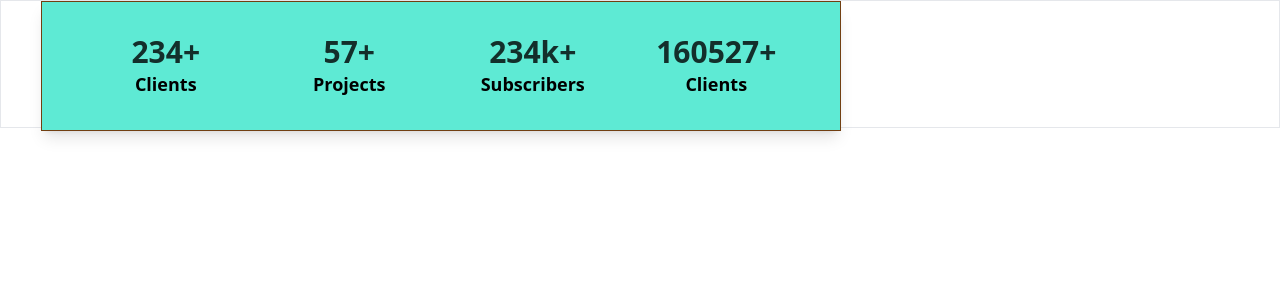
Repository: Kish202/Coz-Marketing-Site
Page: / (app in frontend/)
The author's editor kept a copy of each file at every save. The page is drawn from the files as they stood at one save, then again after the next save.
The browser window is 1280 px wide. The pictures show the whole page.
The project was rebuilt for these pictures with package versions that can differ from the ones it lists, and the page was loaded fresh each time. Also part of the build but not shown: frontend/vite.config.js.

Above is the page before, as saved 2025-03-09 12:22:45.

### frontend/src/App.jsx
import { useState } from 'react'
import reactLogo from './assets/react.svg'
import viteLogo from '/vite.svg'
import './App.css'
import Service from './components/Service/Service'

function App() {
  const [count, setCount] = useState(0)

  return (


   <Service/>
  )
}

export default App

### frontend/src/components/Service/Service.jsx
import React from 'react'
import CountUp from "react-countup"

const Service =() =>{
  return (
    <section className="container h-12 md:h-32 border border-lime">
     <div className="grid grid-cols-4 w-full place-items-center  border border-yellow-900 bg-teal-300 p-2 shadow-lg dark:bg-violet-800 dark:text-white/70 md:max-w-[800px]  md:p-8">
    <div className="flex flex-col items-center justify-center " >



<h1 className="text-sm font-bold text-black/80 dark:text-white sm:text-lg md:text-3xl">
      <CountUp end={234} suffix="+" duration={2.75}/>

</h1>

<h1 className="sm:text-md text-xs font-bold md:text-lg">
Clients
</h1>




        </div>

        <div className="flex flex-col items-center justify-center">
  <h1 className="text-sm text-black/80 sm:text-lg md:text-3xl dark:text-white font-bold">
  <CountUp end={57} suffix="+" duratiion={2.75}/>  </h1>

    <h1 className="sm:text-md font-bold text-xs md:text-lg">
        Projects

        </h1>
            </div>

    <div className="flex flex-col items-center justify-center" >



        <h1 className="text-sm text-black/80 dark:text-white  sm:text-lg md:text-3xl font-bold">
<CountUp end={234}  suffix="k+" / >
        </h1>
<h1 className="font-bold  sm:text-md text-xs md:text-lg" >
Subscribers
</h1>


            </div>


<div className="flex flex-col items-center justify-center">
<h1 className="text-sm font-bold text-black/80 dark:text-white sm:text-lg md:text-3xl">
<CountUp start={-875.020}
end={160527.012} duration={2.75} separator="" suffix="+" />
</h1>


<h1 className="text-xs sm:text-md  font-bold md:text-lg ">
Clients
</h1>
</div>
</div>
    </section>
  )
}

export default Service

### frontend/tailwind.config.js
/** @type {import('tailwindcss').Config} */
export default {
  content: ["./index.html", "./src/**/*.{js,ts,jsx,tsx}"],
  darkMode: "class",
  theme: {
    extend: {
      screens: {
        xs: "480px",
      },
      colors: {
        primary: "#0070f3",
      },
    },

    container: {
      center: true,
      padding: {
        DEFAULT: "20px",
        md: "40px",
      },
    },
  },
  plugins: [],
};

Loaded but not shown: frontend/index.html (common file); frontend/src/main.jsx (common file); frontend/src/index.css (common file); frontend/src/App.css (common file)

After the next save:
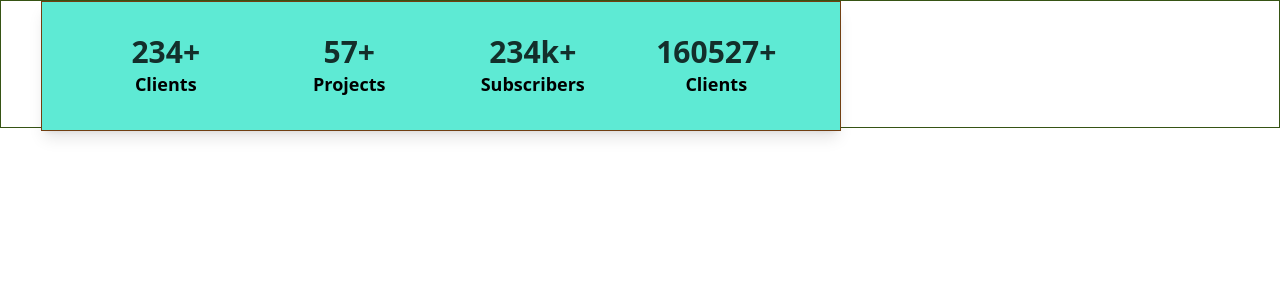
Saved 7 s later.
--- a/frontend/src/components/Service/Service.jsx
+++ b/frontend/src/components/Service/Service.jsx
@@ -3,7 +3,7 @@ import CountUp from "react-countup"
 
 const Service =() =>{
   return (
-    <section className="container h-12 md:h-32 border border-lime">
+    <section className="container h-12 md:h-32 border border-lime-900">
      <div className="grid grid-cols-4 w-full place-items-center  border border-yellow-900 bg-teal-300 p-2 shadow-lg dark:bg-violet-800 dark:text-white/70 md:max-w-[800px]  md:p-8">
     <div className="flex flex-col items-center justify-center " >
 
